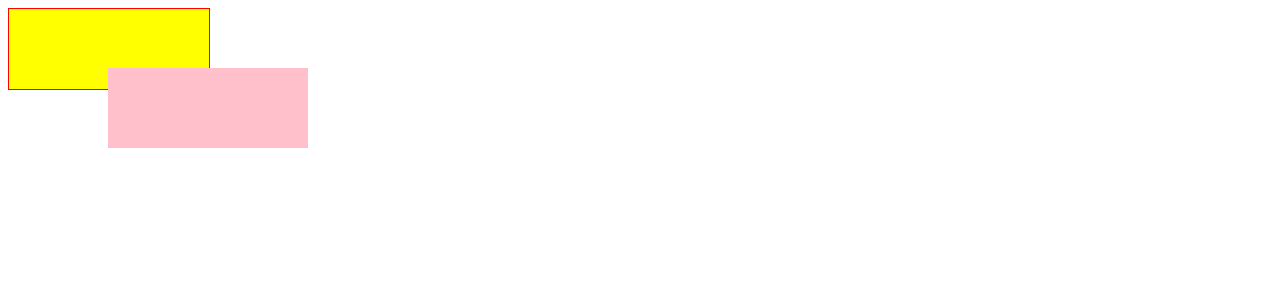
Repository: Pr-DuyTam/HTML-CSS-JS-PHP
Page: CSS/Các thuộc tính định dạng hiển thị, trình bày/Position/Z-index (52).html
These files come from the project's save history. The page is drawn as it stood at one moment and after the next save; the edit follows.
The browser window is 1280 px wide. The pictures show the whole page.

Above is the page before, as saved 2023-08-03 08:16:38.

### CSS/Các thuộc tính định dạng hiển thị, trình bày/Position/Z-index (52).html
<!DOCTYPE html>
<html lang="en">
<head>
    <meta charset="UTF-8">
    <meta name="viewport" content="width=device-width, initial-scale=1.0">
    <title>Z-index</title>

    <style type="text/css">
        #a{
            background-color: yellow;
            width:200px;
            height: 80px;
            border: 1px solid red;
            position: absolute;

        }

        #b{
            background-color: pink;
            height: 80px;
            width: 200px;
            position: absolute;
            top: 60px;
            left: 100px;
        }

    </style>
</head>
<body>
    <div style="position:relative">
        <div id="a"></div>
        <div id="b"></div>
    </div>
</body>
</html>

After the next save:
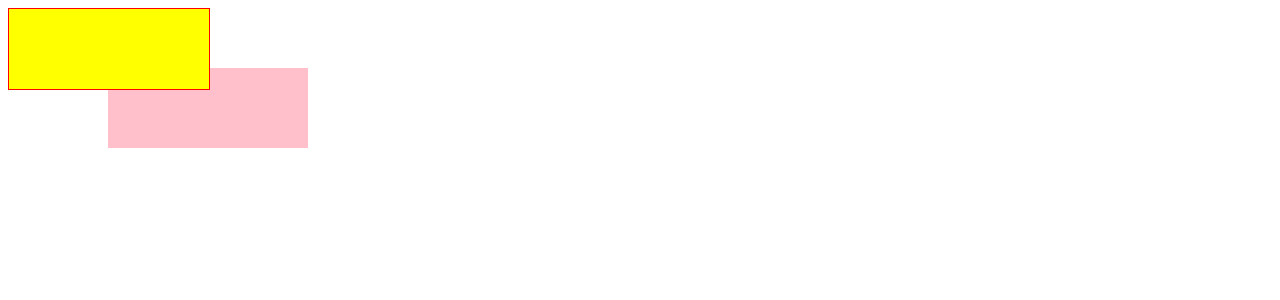
Saved 14 s later.
--- a/CSS/Các thuộc tính định dạng hiển thị, trình bày/Position/Z-index (52).html
+++ b/CSS/Các thuộc tính định dạng hiển thị, trình bày/Position/Z-index (52).html
@@ -12,7 +12,7 @@
             height: 80px;
             border: 1px solid red;
             position: absolute;
-
+            z-index: 10;
         }
 
         #b{
@@ -22,6 +22,7 @@
             position: absolute;
             top: 60px;
             left: 100px;
+
         }
 
     </style>
